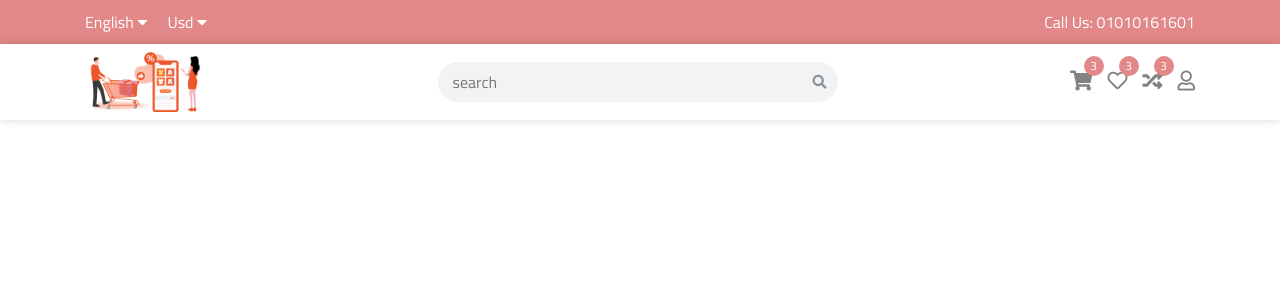
Repository: amrh20/ecommerce-temp
Page: src/index.html
An editor plug-in stored every save of this project. The page is shown before and after the next save, followed by the edit.
The browser window is 1280 px wide. The pictures show the whole page.
The style sheet was rebuilt from its Sass, Less or Tailwind sources for each picture, by a compiler version that may differ from the author's.

Above is the page before, as saved 2020-01-19 13:26:08.

After the next save:
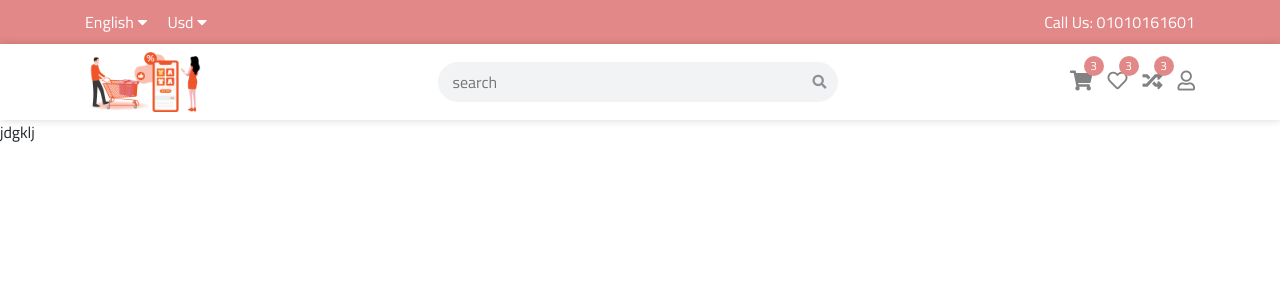
Saved 104 s later.
--- a/src/index.html
+++ b/src/index.html
@@ -264,6 +264,11 @@
           <!-- end middle haeder -->
         </div>
       </header><!-- end header -->
+
+      <!-- accounts view -->
+      <div class="accounts_view">
+              jdgklj
+      </div>
     </div>
   </div>
 
